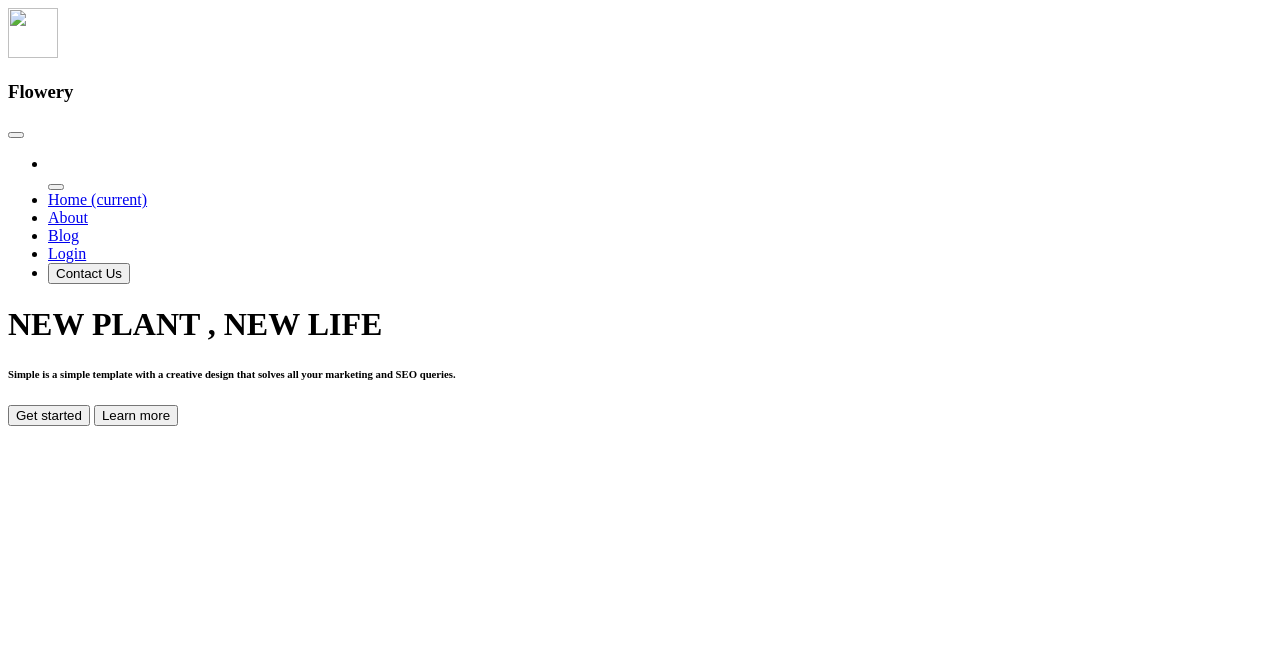
Repository: sara55m/Login
Page: http://localhost/welcome
The author's editor kept a copy of each file at every save. The page is drawn from the files as they stood at one save, then again after the next save.
The browser window is 1280 px wide. The pictures show the whole page.
The page is served by the project's Laravel application, run on PHP 8.4 with Laravel 10. Other server files are loaded and not shown.

Above is the page before, as saved 2024-03-03 21:43:00.

### routes/web.php
<?php

use Illuminate\Support\Facades\Route;
use App\Http\Controllers\RegisterController;
use App\Http\Controllers\LoginController;

/*
|--------------------------------------------------------------------------
| Web Routes
|--------------------------------------------------------------------------
|
| Here is where you can register web routes for your application. These
| routes are loaded by the RouteServiceProvider and all of them will
| be assigned to the "web" middleware group. Make something great!
|
*/

Route::get('/welcome', function () {
    return view('welcome');
});


Route::get('/register', [RegisterController::class,'create']);


Route::post('/register/store', [RegisterController::class,'store']);

Route::get('/login', [LoginController::class,'create']);

Route::post('/login/store', [LoginController::class,'store']);

### resources/views/welcome.blade.php
<!DOCTYPE html>
<html lang="en">
<head>
  <title>Simple landing page</title>
  <meta charset="UTF-8">
  <meta name="viewport" content="width=device-width, initial-scale=1.0">
  <meta http-equiv="X-UA-Compatible" content="ie=edge">
  {{-- <link rel="stylesheet" href="vendors/owl-carousel/css/owl.carousel.min.css">
  <link rel="stylesheet" href="vendors/owl-carousel/css/owl.theme.default.css">
  <link rel="stylesheet" href="vendors/mdi/css/materialdesignicons.min.css">
  <link rel="stylesheet" href="vendors/aos/css/aos.css"> --}}
  <link rel="stylesheet" href="css/style.min.css">
</head>
<body id="body" data-spy="scroll" data-target=".navbar" data-offset="100">
  <header id="header-section">
    <nav class="navbar navbar-expand-lg pl-3 pl-sm-0" id="navbar">
    <div class="container">
      <div class="navbar-brand-wrapper d-flex w-100">
        <img src="images/plant2.png" height="50" width="50"  alt="">
        <h3 class="nav-link">Flowery</h3>
        <button class="navbar-toggler ml-auto" type="button" data-toggle="collapse" data-target="#navbarSupportedContent" aria-controls="navbarSupportedContent" aria-expanded="false" aria-label="Toggle navigation">
          <span class="mdi mdi-menu navbar-toggler-icon"></span>
        </button>
      </div>
      <div class="collapse navbar-collapse navbar-menu-wrapper" id="navbarSupportedContent">
        <ul class="navbar-nav align-items-lg-center align-items-start ml-auto">
          <li class="d-flex align-items-center justify-content-between pl-4 pl-lg-0">
            <div class="navbar-collapse-logo">
              <img src="images/Group2.svg" alt="">
            </div>
            <button class="navbar-toggler close-button" type="button" data-toggle="collapse" data-target="#navbarSupportedContent" aria-controls="navbarSupportedContent" aria-expanded="false" aria-label="Toggle navigation">
              <span class="mdi mdi-close navbar-toggler-icon pl-5"></span>
            </button>
          </li>
          <li class="nav-item">
            <a class="nav-link" href="#header-section">Home <span class="sr-only">(current)</span></a>
          </li>
          <li class="nav-item">
            <a class="nav-link" href="#features-section">About</a>
          </li>
          <li class="nav-item">
            <a class="nav-link" href="#digital-marketing-section">Blog</a>
          </li>
          <li class="nav-item">
            <a class="nav-link" href="/login">Login</a>
          </li>
          <li class="nav-item btn-contact-us pl-4 pl-lg-0">
            <button class="btn btn-info" data-toggle="modal" data-target="#exampleModal">Contact Us</button>
          </li>
        </ul>
      </div>
    </div>
    </nav>
  </header>
  <div class="banner" >
    <div class="container">
      <h1 class="font-weight-semibold">NEW PLANT , NEW LIFE</h1>
      <h6 class="font-weight-normal text-muted pb-3">Simple is a simple template with a creative design that solves all your marketing and SEO queries.</h6>
      <div>
        <button class="btn btn-opacity-light mr-1">Get started</button>
        <button class="btn btn-opacity-success ml-1">Learn more</button>
      </div>
      <img src="images/Group171.svg" alt="" class="img-fluid">
    </div>
  </div>

  {{-- <script src="vendors/jquery/jquery.min.js"></script>
  <script src="vendors/bootstrap/bootstrap.min.js"></script>
  <script src="vendors/owl-carousel/js/owl.carousel.min.js"></script>
  <script src="vendors/aos/js/aos.js"></script> --}}
  <script src="js/landingpage.js"></script>
</body>
</html>

After the next save:
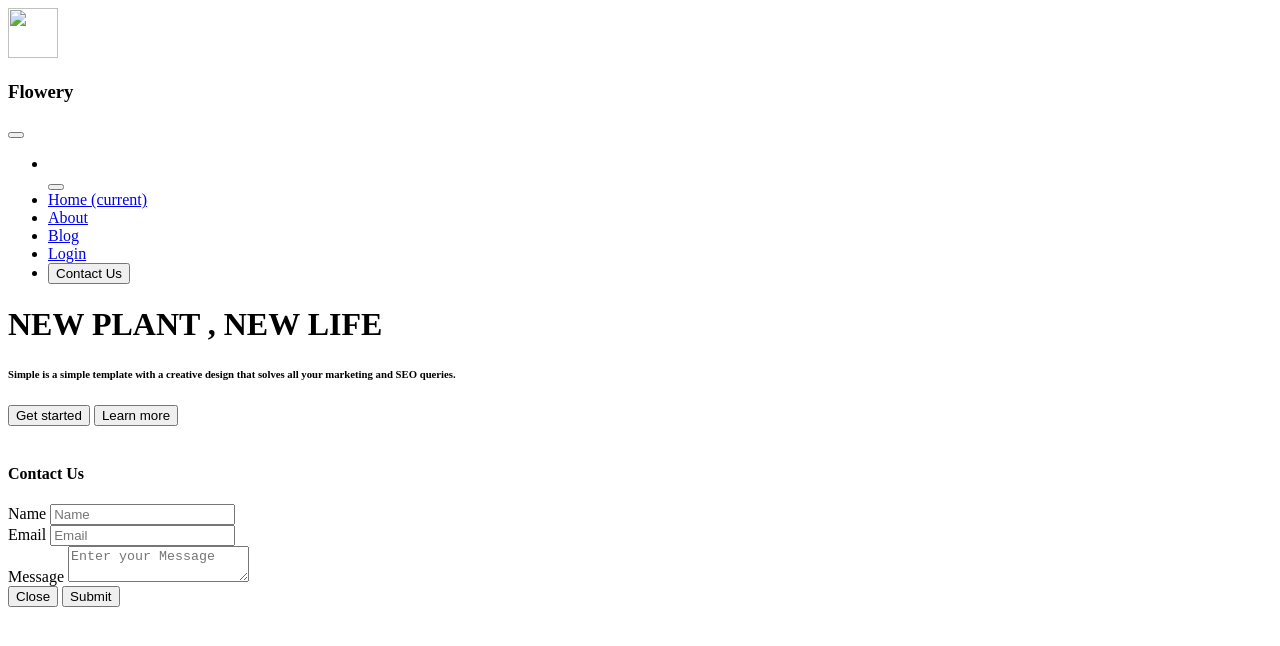
Saved 4 min 14 s later.
--- a/resources/views/welcome.blade.php
+++ b/resources/views/welcome.blade.php
@@ -63,6 +63,33 @@
       <img src="images/Group171.svg" alt="" class="img-fluid">
     </div>
   </div>
+  <div class="modal-dialog" role="document">
+    <div class="modal-content">
+      <div class="modal-header">
+        <h4 class="modal-title" id="exampleModalLabel">Contact Us</h4>
+      </div>
+      <div class="modal-body">
+        <form>
+          <div class="form-group">
+            <label for="Name">Name</label>
+            <input type="text" class="form-control" id="Name" placeholder="Name">
+          </div>
+          <div class="form-group">
+            <label for="Email">Email</label>
+            <input type="email" class="form-control" id="Email-1" placeholder="Email">
+          </div>
+          <div class="form-group">
+            <label for="Message">Message</label>
+            <textarea class="form-control" id="Message" placeholder="Enter your Message"></textarea>
+          </div>
+        </form>
+      </div>
+      <div class="modal-footer">
+        <button type="button" class="btn btn-light" data-dismiss="modal">Close</button>
+        <button type="button" class="btn btn-success">Submit</button>
+      </div>
+    </div>
+  </div>
 
   {{-- <script src="vendors/jquery/jquery.min.js"></script>
   <script src="vendors/bootstrap/bootstrap.min.js"></script>

After the 3 saves that followed:
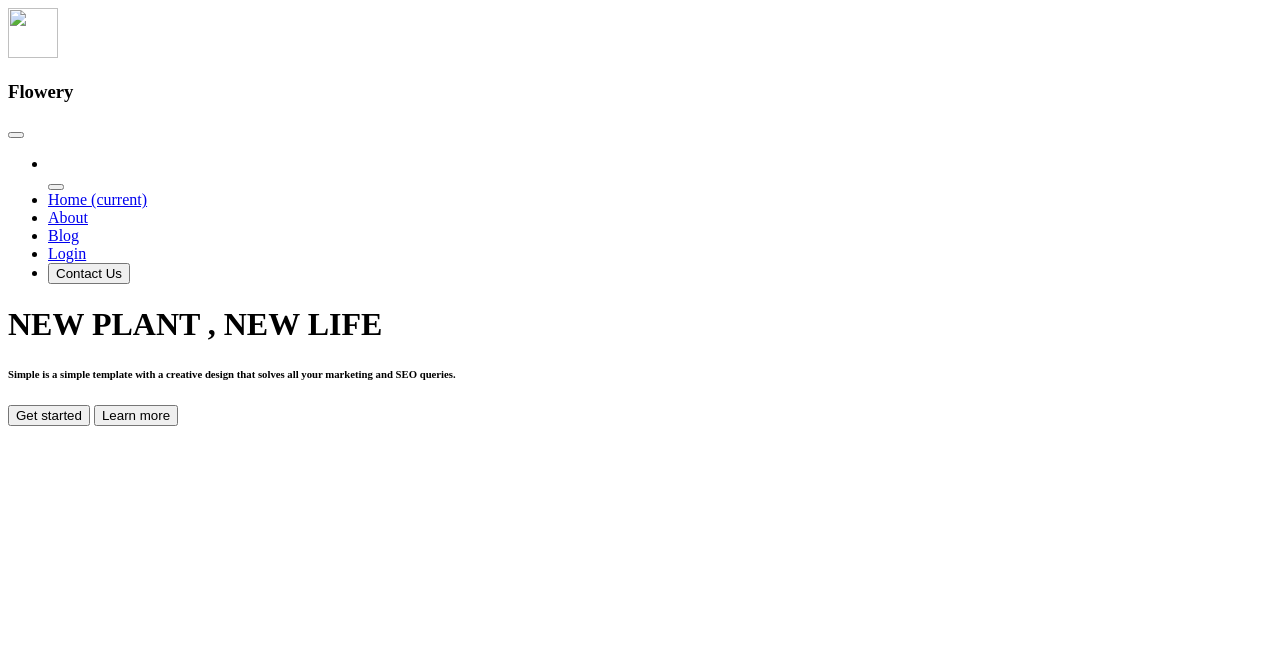
The 3 saves are shown as one change because 2 left the picture as it was.
The last was saved 6 min 54 s later.
--- a/resources/views/welcome.blade.php
+++ b/resources/views/welcome.blade.php
@@ -63,33 +63,8 @@
       <img src="images/Group171.svg" alt="" class="img-fluid">
     </div>
   </div>
-  <div class="modal-dialog" role="document">
-    <div class="modal-content">
-      <div class="modal-header">
-        <h4 class="modal-title" id="exampleModalLabel">Contact Us</h4>
-      </div>
-      <div class="modal-body">
-        <form>
-          <div class="form-group">
-            <label for="Name">Name</label>
-            <input type="text" class="form-control" id="Name" placeholder="Name">
-          </div>
-          <div class="form-group">
-            <label for="Email">Email</label>
-            <input type="email" class="form-control" id="Email-1" placeholder="Email">
-          </div>
-          <div class="form-group">
-            <label for="Message">Message</label>
-            <textarea class="form-control" id="Message" placeholder="Enter your Message"></textarea>
-          </div>
-        </form>
-      </div>
-      <div class="modal-footer">
-        <button type="button" class="btn btn-light" data-dismiss="modal">Close</button>
-        <button type="button" class="btn btn-success">Submit</button>
-      </div>
-    </div>
-  </div>
+
+
 
   {{-- <script src="vendors/jquery/jquery.min.js"></script>
   <script src="vendors/bootstrap/bootstrap.min.js"></script>
